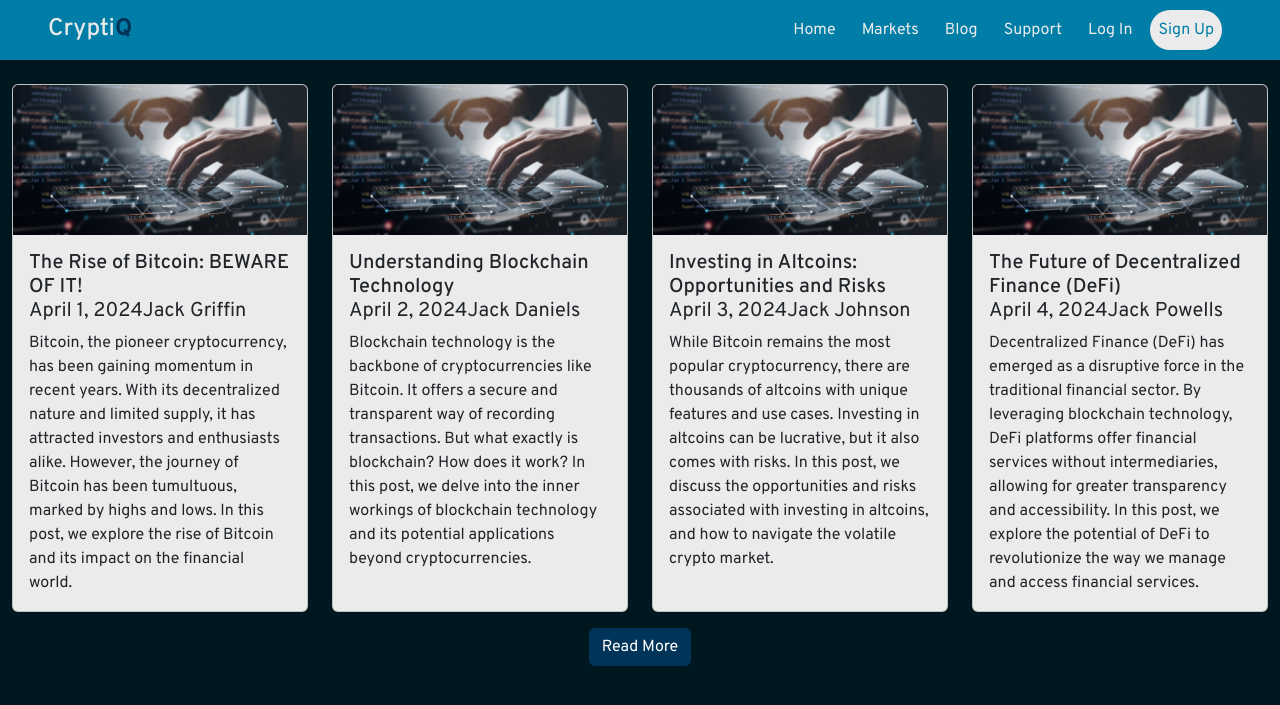
Repository: griffin1995/cryptocurrencyPlatform
Page: /Blog (app in client/)
These files come from the project's save history. The page is drawn as it stood at one moment and after the next save; the edit follows.
The browser window is 1280 px wide. The pictures show the whole page.
The project was rebuilt for these pictures with package versions that can differ from the ones it lists, and the page was loaded fresh each time. Also part of the build but not shown: client/src/context/AdminContext.js, client/src/components/CoinDetails.js, client/src/hooks/useAdminContext.js, client/src/components/SignUpUser.js, client/src/components/UserDetails.js, client/src/components/AdminControls.js, client/src/pages/Home.js, client/src/hooks/useSignUp.js and 15 more.

Above is the page before, as saved 2024-04-07 15:31:11.

### client/src/index.scss
@import url("https://fonts.googleapis.com/css2?family=Overpass:ital,wght@0,100..900;1,100..900&display=swap");

html{
  background-color: #00171f;
}

* {
  font-family: "Overpass", sans-serif;
  font-optical-sizing: auto;
  font-weight: normal;
  font-style: normal;
}

code {
  font-family: source-code-pro, Menlo, Monaco, Consolas, "Courier New",
    monospace;
}

hr {
  margin-top: 0.2rem !important;
  margin-bottom: 1rem !important;
  border: none !important;
  height: 4px; /* Adjust height as needed */
  background-color: #00a7e1 !important;
  &.active {
    background-color: #FFFFFF !important; /* Change color to your desired color */
  }
}

.link-unstyled, .link-unstyled:link {
  color: inherit;
  text-decoration: inherit;
  :hover{
    color:#00a7e1;
    transition: all 0.5s ease;
  }
}

/* width */
::-webkit-scrollbar {
  width: 10px;
}

/* Track */
::-webkit-scrollbar-track {
  background: #f1f1f1;
}

/* Handle */
::-webkit-scrollbar-thumb {
  background: #007ea7;
}

/* Handle on hover */
::-webkit-scrollbar-thumb:hover {
  background: #007ea7;
}

### client/src/reactCustom.scss
//Custom React SASS styling sheet for defining colours, importing Bootstrap SASS, styling React-Bootstrap Components
$primary: #003459;
$secondary: #007ea7;
$success: #00a7e1;
$dark: #00171f;
$light: #ebebeb;
$white: #ebebeb;

@import "~bootstrap/scss/bootstrap.scss";

### client/src/context/AuthenticationContext.js
// Import necessary hooks from React
import { createContext, useReducer, useEffect } from "react";

// Create a context for authentication data
export const AuthenticationContext = createContext();

// Reducer function for handling authentication actions
export const authenticationReducer = (state, action) => {
  switch (action.type) {
    case "LOGIN": // Case to handle user login
      return { user: action.payload }; // Set the user data when logged in
    case "LOGOUT": // Case to handle user logout
      return { user: null }; // Clear the user data when logged out
    default: // Default case to handle other actions
      return state; // Return the current state if no action is matched
  }
};

// Component to provide authentication context to child components
export const AuthenticationContextProvider = ({ children }) => {
  // Use the useReducer hook to manage state with the authenticationReducer
  const [state, dispatch] = useReducer(authenticationReducer, { user: null });
  //empty array cus we only check once, when load
  useEffect(() => {
    //stored as json string so we parse in to object
    const user = JSON.parse(localStorage.getItem("user"));

    if (user) {
      dispatch({ type: "LOGIN", payload: user });
    }
  }, []);

  // Log the current state for debugging purposes (consider removing in production)
  console.log("AuthenticationContext state: ", state);

  return (
    <AuthenticationContext.Provider value={{ ...state, dispatch }}>
      {children}
    </AuthenticationContext.Provider>
  );
};

### client/src/pages/Blog.js
import React, { useState, useEffect } from "react";
import "./Blog.scss";
import { Col, Row, Card, Button } from "react-bootstrap";
import image from "../media/place-holder.jpg";

export default function Blog() {
  const posts = [
    {
      id: 1,
      title: "The Rise of Bitcoin: BEWARE OF IT!",
      date: "April 1, 2024",
      author: "Jack Griffin",
      image: "got annoyed",
      content:
        "Bitcoin, the pioneer cryptocurrency, has been gaining momentum in recent years. With its decentralized nature and limited supply, it has attracted investors and enthusiasts alike. However, the journey of Bitcoin has been tumultuous, marked by highs and lows. In this post, we explore the rise of Bitcoin and its impact on the financial world.",
    },
    {
      id: 2,
      title: "Understanding Blockchain Technology",
      date: "April 2, 2024",
      author: "Jack Daniels",
      image: "got annoyed",
      content:
        "Blockchain technology is the backbone of cryptocurrencies like Bitcoin. It offers a secure and transparent way of recording transactions. But what exactly is blockchain? How does it work? In this post, we delve into the inner workings of blockchain technology and its potential applications beyond cryptocurrencies.",
    },
    {
      id: 3,
      title: "Investing in Altcoins: Opportunities and Risks",
      date: "April 3, 2024",
      author: "Jack Johnson",
      image: "got annoyed",
      content:
        "While Bitcoin remains the most popular cryptocurrency, there are thousands of altcoins with unique features and use cases. Investing in altcoins can be lucrative, but it also comes with risks. In this post, we discuss the opportunities and risks associated with investing in altcoins, and how to navigate the volatile crypto market.",
    },
    {
      id: 4,
      title: "The Future of Decentralized Finance (DeFi)",
      date: "April 4, 2024",
      author: "Jack Powells",
      image: "got annoyed",
      content:
        "Decentralized Finance (DeFi) has emerged as a disruptive force in the traditional financial sector. By leveraging blockchain technology, DeFi platforms offer financial services without intermediaries, allowing for greater transparency and accessibility. In this post, we explore the potential of DeFi to revolutionize the way we manage and access financial services.",
    },
  ];
  return (
    <div>
    <Row className="mt-4">
      {posts.length === 0 ? (
        <p className="error-message">No posts to display</p>
      ) : (
        <>
          {posts.map((post) => (
            <Col sm={3} key={post.id}>
              <Card className="h-100">
                <Card.Img variant="top" src={image} />
                <Card.Body>
                  <Card.Title>
                    {post.title}
                    <div className="post-info">
                      <span className="date-author">{post.date}</span>
                      <span className="date-author author-name">
                        {post.author}
                      </span>
                    </div>
                  </Card.Title>
                  <Card.Text className="post-description">
                    {post.content}
                  </Card.Text>
                </Card.Body>
              </Card>
            </Col>
          ))}
        </>
      )}
    </Row>
    <div className="d-flex justify-content-center mt-3">
    <Button className="btn btn-custom">Read More</Button>
  </div>
</div>
  );
}

### client/src/components/NavigationBar.js
//Navbar component for the application.
//Provides a top-level navigation element, allowing users to navigate through the app without full page reloads.
import { Row, Container, Navbar, Nav, Button } from "react-bootstrap";
import { Link } from "react-router-dom";
import "./NavigationBar.scss";
import { useAuthenticationContext } from "../hooks/useAuthenticationContext";
import { useLogout } from "../hooks/useLogout";

export default function NavigationBar() {
  const { user } = useAuthenticationContext();
  const { logout } = useLogout();
  const handleClick = () => {
    logout();
  };
  return (
    <Row>
      <Navbar expand="lg" className="navbar-dark bg-secondary">
        <Container fluid className="px-5">
          <Navbar.Brand as={Link} to="/">
            <span className="h4">
              Crypti<span className="text-primary fw-bold">Q</span>
            </span>
          </Navbar.Brand>
          <Navbar.Toggle aria-controls="basic-navbar-nav" />
          <Navbar.Collapse id="basic-navbar-nav">
            <Nav className="justify-content-end flex-grow-1">
              {/* Display the user's email if logged in */}
              {user && (
                <>
                  <Nav.Link disabled className="text-light">
                    {user.email}
                  </Nav.Link>
                  <Nav.Link>
                    Account
                  </Nav.Link>
                  <Nav.Link>
                    Wallets
                  </Nav.Link>
                </>
              )}
              <Nav.Link as={Link} to="/">
                Home
              </Nav.Link>
              <Nav.Link as={Link} to="/Markets">
                Markets
              </Nav.Link>
              <Nav.Link as={Link} to="/Blog">
                Blog
              </Nav.Link>
              <Nav.Link as={Link} to="/Support">
                Support
              </Nav.Link>
              {/* Show sign up and login links only if user is not logged in */}
              {!user && (
                <>
                  <Nav.Link as={Link} to="/login">
                    Log In
                  </Nav.Link>
                  <Nav.Link as={Link} to="/signup" className="sign-up-btn">
                    Sign Up
                  </Nav.Link>
                </>
              )}
              {/* Logout button visible only if user is logged in */}
              {user && (
                <Button type="submit" onClick={handleClick}>
                  Log Out
                </Button>
              )}
            </Nav>
          </Navbar.Collapse>
        </Container>
      </Navbar>
    </Row>
  );
}

### client/src/pages/Blog.scss
.error-message {
    color: white;
}

.btn-custom {
    background-color: #003459 !important; // Set the background color
    color: #ffffff !important; // Set the text color to white for better contrast
  }

### client/src/components/NavigationBar.scss
.navbar {
  padding: 10px 0;
}

.navbar-brand img {
  height: auto;
  max-height: 40px;
}

.nav-link {
  margin-right: 10px;
  color: #ebebeb;
}

.sign-up-btn {
  background-color: #ebebeb;
  border-radius: 25px;
  color: #007EA7;
  &:hover {
    background-color: #003459;
    color: white;
  }
}

### client/src/hooks/useAuthenticationContext.js
// Import useContext hook from React for consuming context in functional components
import { useContext } from "react";
// Import AuthenticationContext to access the admin-related context for the application
import { AuthenticationContext } from "../context/AuthenticationContext";
/**
 * Custom hook to access the AuthenticationContext within the component tree.
 *
 * This hook abstracts the useContext hook for AuthenticationContext, providing a convenient way
 * to access admin-related data (state and dispatch function) throughout the application.
 * It ensures the component using this hook is wrapped in an AuthenticationContextProvider by checking
 * the existence of the context and throwing an error if it's not available, promoting proper usage.
 *
 * @returns {Object} The current context value for AuthenticationContext, which includes the state and dispatch function.
 * @throws {Error} Throws an error if the hook is used outside of an AuthenticationContextProvider.
 */
export const useAuthenticationContext = () => {
  // Use the useContext hook to access the current context value for AuthenticationContext
  const context = useContext(AuthenticationContext);

  // Check if the context is undefined, indicating misuse outside of an AuthenticationContextProvider
  if (!context) {
    throw Error("useAuthenticationContext must be used within an AuthenticationContextProvider. Ensure your component is wrapped in an <AuthenticationContextProvider> to provide the necessary context.");
  }

  // Return the context value, making it accessible to the component
  return context;
};

### client/src/hooks/useLogout.js
// Import the useAuthenticationContext hook for accessing authentication state management.
import { useAuthenticationContext } from "./useAuthenticationContext";

/**
 * Custom hook for handling user logout.
 * Provides a logout function that can be used by components to log users out.
 * @returns {object} Object containing the logout function.
 */
export const useLogout = () => {
  // Extract dispatch from the authentication context.
  const { dispatch } = useAuthenticationContext();

  /**
   * Logs out the user by clearing session data and updating state.
   */
  const logout = () => {
    // Remove user data from local storage to clear the current session.
    localStorage.removeItem("user");

    // Dispatch the 'LOGOUT' action to update the global authentication state.
    dispatch({ type: "LOGOUT" });
  };

  // Return the logout function for use in components.
  return { logout };
};

Loaded but not shown: client/public/index.html (common file); client/src/index.js (common file); client/src/App.js (common file)

After the next save:
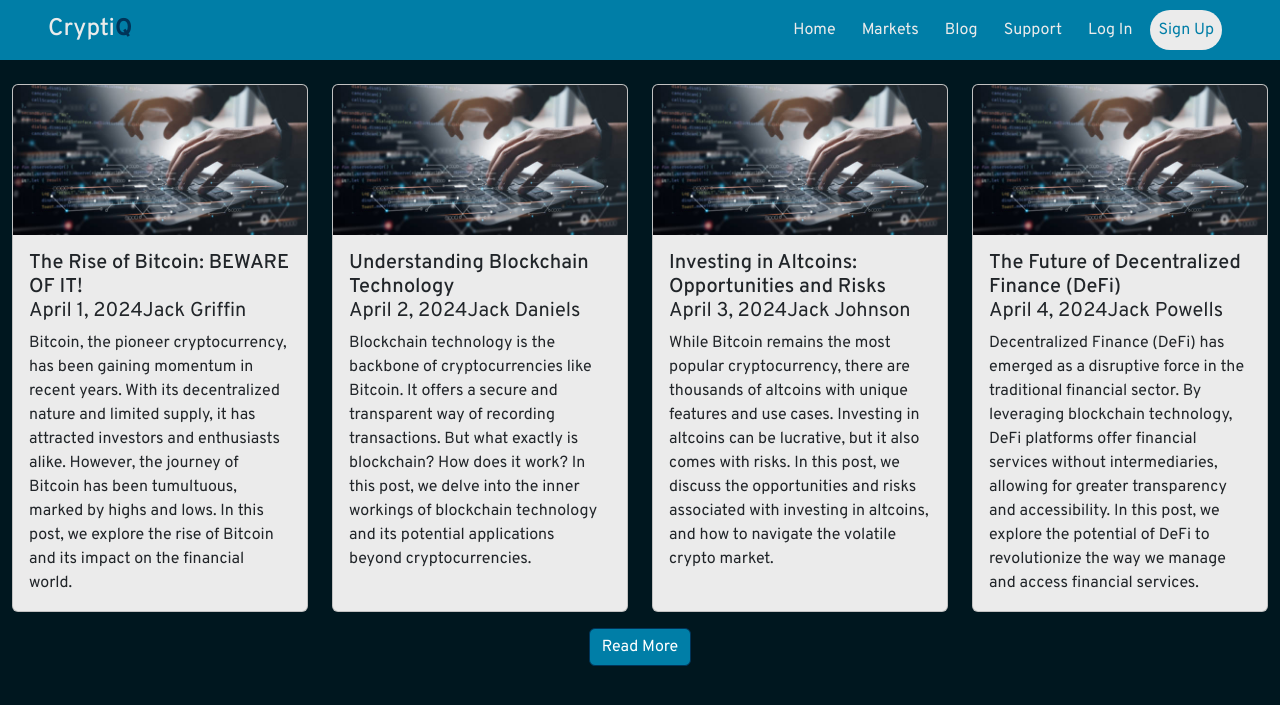
Saved 31 s later.
--- a/client/src/pages/Blog.scss
+++ b/client/src/pages/Blog.scss
@@ -3,6 +3,6 @@
 }
 
 .btn-custom {
-    background-color: #003459 !important; // Set the background color
-    color: #ffffff !important; // Set the text color to white for better contrast
+    background-color: #007ea7 ;
+    color: #ffffff ;
   }
